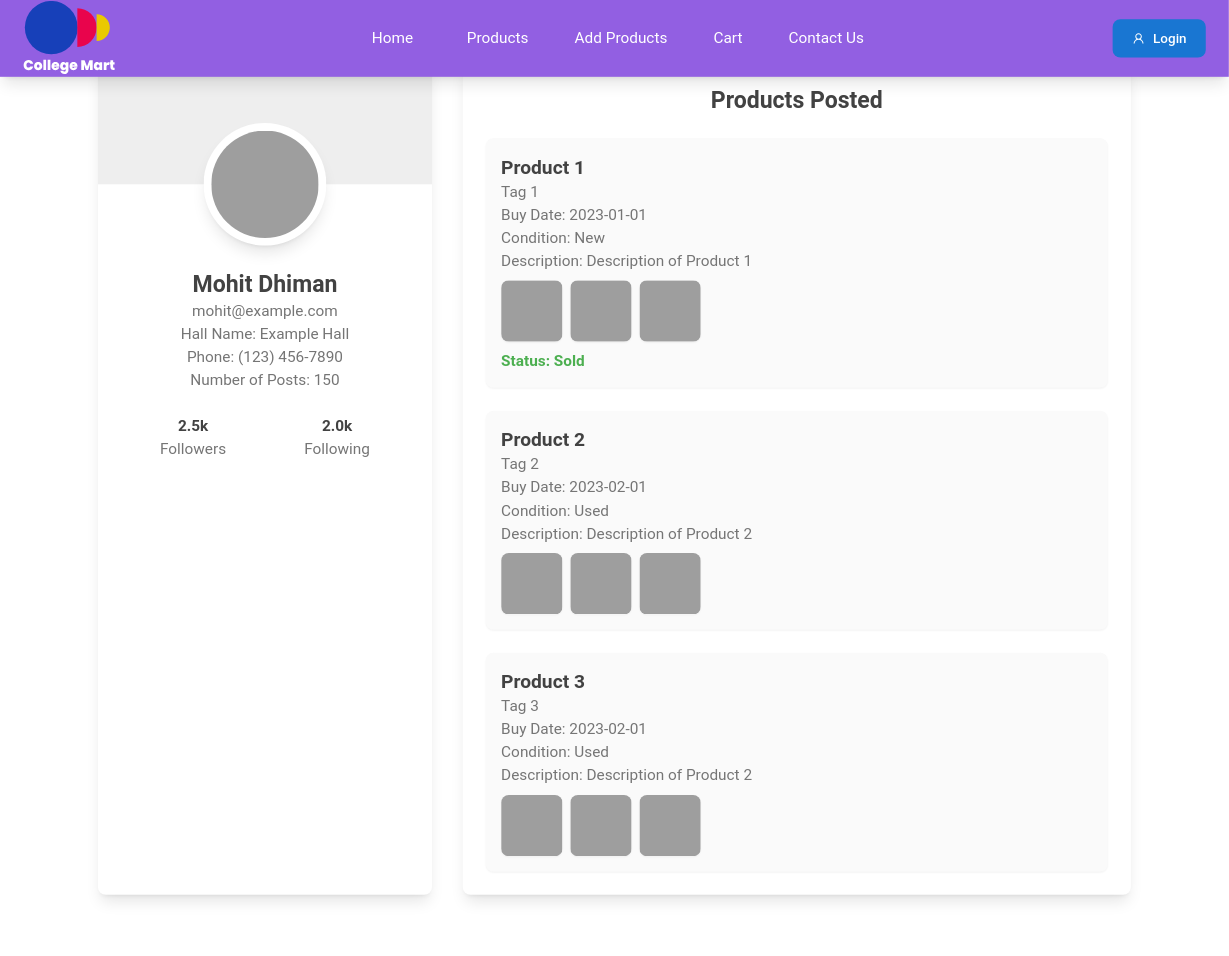
Repository: kumar1397/College-Mart
Page: /home/profile
An editor plug-in stored every save of this project. The page is shown before and after the next save, followed by the edit.
The browser window is 1280 px wide. The pictures show the whole page, at 96% of full size.
Pictures or frames that could not be fetched are drawn as grey boxes. Some web fonts or font styles are not loaded; a fallback is used. Some web libraries are served in a nearby version. The project was rebuilt for these pictures with package versions that can differ from the ones it lists, and the page was loaded fresh each time. Also part of the build but not shown: src/components/forgetPassword/forgetpassword.jsx, src/components/Auth.js, src/components/hero/Heronavbar.jsx, src/components/hero/footer.jsx, src/components/hero/Carousel.jsx, src/components/hero/Hero.jsx, src/components/new-home-page/header.jsx, src/components/new-home-page/footer_cont.jsx and 12 more.

Above is the page before, as saved 2024-07-15 15:35:24.

### public/index.html
<!DOCTYPE html>
<html lang="en">
  <head>
    <meta charset="utf-8" />
    <!-- <link rel="icon" href="%PUBLIC_URL%/favicon.ico" /> -->
    <meta name="viewport" content="width=device-width, initial-scale=1" />
    <meta name="theme-color" content="#000000" />

    <meta
      name="description"
      content="Web site created using create-react-app"
    />
    <link rel="preconnect" href="https://fonts.googleapis.com" />
    <link rel="preconnect" href="https://fonts.gstatic.com" crossorigin />
    <link
      href="https://fonts.googleapis.com/css2?family=Playwrite+GB+S:ital,wght@0,100..400;1,100..400&display=swap"
      rel="stylesheet"
    />
    <link rel="preconnect" href="https://fonts.googleapis.com" />
    <link rel="preconnect" href="https://fonts.gstatic.com" crossorigin />
    <link
      href="https://fonts.googleapis.com/css2?family=Archivo:ital,wght@0,100..900;1,100..900&family=Exo+2:ital,wght@0,600;1,600&display=swap"
      rel="stylesheet"
    />
    <link rel="preconnect" href="https://fonts.googleapis.com" />
    <link rel="preconnect" href="https://fonts.gstatic.com" crossorigin />
    <link
      href="https://fonts.googleapis.com/css2?family=Archivo:ital,wght@0,100..900;1,100..900&family=Exo+2:ital,wght@0,600;1,600&family=Montserrat+Alternates:ital,wght@0,100;0,200;0,300;0,400;0,500;0,600;0,700;0,800;0,900;1,100;1,200;1,300;1,400;1,500;1,600;1,700;1,800;1,900&display=swap"
      rel="stylesheet"
    />
    <link
      rel="stylesheet"
      type="text/css"
      charset="UTF-8"
      href="https://cdnjs.cloudflare.com/ajax/libs/slick-carousel/1.6.0/slick.min.css"
    />
    <link
      rel="stylesheet"
      type="text/css"
      href="https://cdnjs.cloudflare.com/ajax/libs/slick-carousel/1.6.0/slick-theme.min.css"
    />
    <!-- <link rel="apple-touch-icon" href="%PUBLIC_URL%/logo192.png" /> -->
    <!-- <link rel="manifest" href="%PUBLIC_URL%/manifest.json" /> -->
    <title>College Mart</title>
  </head>

  <body>
    <noscript>You need to enable JavaScript to run this app.</noscript>
    <div id="root"></div>
  </body>
</html>

### src/index.js
import React from 'react';
import ReactDOM from 'react-dom/client';
import './index.css';
import App from './App';
import reportWebVitals from './reportWebVitals';
// import { BrowserRouter } from 'react-router-dom';

import { ThemeProvider } from "@material-tailwind/react";

const root = ReactDOM.createRoot(document.getElementById('root'));
root.render(

    <React.StrictMode>
      <ThemeProvider>
      <App />
      </ThemeProvider>
    </React.StrictMode>

);

// If you want to start measuring performance in your app, pass a function
// to log results (for example: reportWebVitals(console.log))
// or send to an analytics endpoint. Learn more: https://bit.ly/CRA-vitals
reportWebVitals();

### src/index.css
@tailwind base;
@tailwind components;
@tailwind utilities;


.bgblackAuth {
  background: url('/public/Frame2.svg');
}

.bgcolorAuth {
  background: url('/public/colorbg.svg ')
}

.hnavbg {
  background: url('/public/hnavbg.svg');
  background-size: 100%;
}

.herohomebg {
  background: url('/public/homebg.svg') no-repeat;
  background-size: 100%;
}

@import url('https://fonts.googleapis.com/css2?family=Roboto:wght@400;500;700&display=swap');


.playwrite {
  font-family: "Playwrite GB S", cursive;
  font-optical-sizing: auto;
  font-weight: 400;
  font-style: normal;
}

.exo {
  font-family: "Exo 2", sans-serif;
  font-optical-sizing: auto;
  font-weight: 600;
  font-style: normal;
}

.mont {
  font-family: "Montserrat Alternates", sans-serif;
  font-weight: 300;
  font-style: normal;
}

### src/App.js
import Auth from "./components/Auth";
import Hero from "./components/hero/Hero";
import Home02 from "./components/new-home-page/parent";
import { AuthProvider } from "./contexts/AuthContext";
import ContactUs from "./components/contact-us/contact";
import { Route, Routes, BrowserRouter as Router } from "react-router-dom";
import ProductFormCard from "./components/product/newProduct";
import Profile from "./components/profile/profile";
import ResetPassword from "./components/forgetPassword/resetpassword";
import ForgotPassword from "./components/forgetPassword/forgetpassword";

function App() {
  return (
    <div>
      <Router>
        <AuthProvider>
          <Routes>
            <Route exact path="/" element={<Hero />} />
            <Route path="/auth" element={<Auth />} />
            <Route path="/home" element={<Home02 />} />
            <Route path="/home/profile" element={<Profile />} />
            <Route path="/home/form" element={<ProductFormCard />} />
            <Route path="/contactus" element={<ContactUs />} />
            <Route path="/forgot_password" element={<ForgotPassword/>} />
            <Route path="/reset/:token" element={< ResetPassword/>} />
          </Routes>
        </AuthProvider>
      </Router>
    </div>
  );
}

export default App;

### src/contexts/AuthContext.js
import React, { createContext, useState, useEffect } from "react";
import { useNavigate } from "react-router-dom";

const AuthContext = createContext();

export const AuthProvider = ({ children }) => {
  const [user, setUser] = useState(null);
  const navigate = useNavigate();

  useEffect(() => {
    const token = localStorage.getItem("token");
    const storedUser = JSON.parse(localStorage.getItem("user"));

    if (token && storedUser) {
      setUser(storedUser);
    } else {
      // navigate("");
    }
  }, [navigate]);

  const login = (userData, token) => {
    localStorage.setItem("token", token);
    localStorage.setItem("user", JSON.stringify(userData));
    setUser(userData);
    navigate("/home");
  };

  const logout = () => {
    localStorage.removeItem("token");
    localStorage.removeItem("user");
    setUser(null);
    navigate("/auth");
  };

  return (
    <AuthContext.Provider value={{ user, login, logout }}>
      {children}
    </AuthContext.Provider>
  );
};

export default AuthContext;

### src/components/profile/profile.jsx
import React from "react";
import ProductComponent  from "./UserProfile";
import { FontAwesomeIcon } from '@fortawesome/react-fontawesome';
import { faPhone, faEnvelope } from '@fortawesome/free-solid-svg-icons';
import Navbar from "../new-home-page/navbar";
const products = [
    {
        id: 1,
        name: "Product 1",
        tag: "Tag 1",
        buyDate: "2023-01-01",
        condition: "New",
        description: "Description of Product 1",
        images: ["/logo192.png", "/shoes01.webp","/ycle.webp"]
    },
    {
        id: 2,
        name: "Product 2",
        tag: "Tag 2",
        buyDate: "2023-02-01",
        condition: "Used",
        description: "Description of Product 2",
        images: ["/logo192.png", "/shoes01.webp","/ycle.webp"]
    },
    {
        id: 3,
        name: "Product 3",
        tag: "Tag 3",
        buyDate: "2023-02-01",
        condition: "Used",
        description: "Description of Product 2",
        images: ["/logo192.png", "/shoes01.webp","/ycle.webp"]
    }

];
export default function Profile() {
    return (
        <>
            <Navbar />
            <div className="bg-black-100 h-full min-h-screen flex flex-col items-center">
                <div className="container mx-auto my-16 px-8 lg:flex lg:space-x-8">
                    <div className="lg:w-1/3 bg-white rounded-lg shadow-lg overflow-hidden">
                        <div className="h-32 bg-gray-200"></div>
                        <div className="flex justify-center -mt-16">
                            <img className="h-32 w-32 bg-white p-2 rounded-full shadow-lg" src="https://images.unsplash.com/photo-1535713875002-d1d0cf377fde?ixid=MnwxMjA3fDB8MHxwaG90by1wYWdlfHx8fGVufDB8fHx8&ixlib=rb-1.2.1&auto=format&fit=crop&w=2000&q=80" alt="Profile" />
                        </div>
                        <div className="p-6 text-center">
                            <h2 className="text-2xl font-semibold text-gray-800">Mohit Dhiman</h2>
                            <p className="text-gray-600">mohit@example.com</p>
                            <p className="text-gray-600">Hall Name: Example Hall</p>
                            <p className="text-gray-600">Phone: (123) 456-7890</p>
                            <p className="text-gray-600">Number of Posts: 150</p>
                            <div className="mt-6 flex justify-around">
                                <div className="text-center">
                                    <p className="font-semibold text-gray-800">2.5k</p>
                                    <p className="text-gray-600">Followers</p>
                                </div>
                                <div className="text-center">
                                    <p className="font-semibold text-gray-800">2.0k</p>
                                    <p className="text-gray-600">Following</p>
                                </div>
                            </div>
                        </div>
                    </div>

                    <div className="lg:w-2/3 mt-8 lg:mt-0 bg-white rounded-lg shadow-lg overflow-hidden">
                        <div className="p-6">
                            <h2 className="text-2xl font-semibold text-gray-800 text-center">Products Posted</h2>
                            <div className="mt-6 space-y-6">
                                {products.map((product, index) => (
                                    <div key={product.id} className="p-4 bg-gray-50 rounded-lg shadow-sm">
                                        <h3 className="text-xl font-bold text-gray-800">{product.name}</h3>
                                        <p className="text-gray-600">{product.tag}</p>
                                        <p className="text-gray-600">Buy Date: {product.buyDate}</p>
                                        <p className="text-gray-600">Condition: {product.condition}</p>
                                        <p className="text-gray-600">Description: {product.description}</p>
                                        <div className="mt-2 flex space-x-2">
                                            {product.images.map((image, imgIndex) => (
                                                <img key={imgIndex} src={image} alt={`Product ${product.id}`} className="w-16 h-16 rounded-lg shadow-sm" />
                                            ))}
                                        </div>
                                        {index === 0 && <p className="mt-2 text-green-500 font-semibold">Status: Sold</p>}
                                    </div>
                                ))}
                            </div>
                        </div>
                    </div>
                </div>
            </div>
        </>


    )
}

### src/components/new-home-page/navbar.jsx
import React, { useState, useContext } from "react";
import { Link } from "react-router-dom";
import {
  AiOutlineClose,
  AiOutlineMenu,
  AiOutlineUser,
  AiOutlineLogout,
} from "react-icons/ai";
import AuthContext from "../../contexts/AuthContext";
import Logo from "./logo.svg"
const Navbar = () => {
  const { user, logout } = useContext(AuthContext);
  const [nav, setNav] = useState(false);
  const [isDropdownOpen, setIsDropdownOpen] = useState(false);

  const navItems = [
    { id: 1, text: "Home", path: "/" },
    { id: 2, text: "Products", path: "/products" },
    { id: 3, text: "Add Products", path: "/add-products" },
    { id: 4, text: "Cart", path: "/cart" },
    { id: 4, text: "Contact Us", path: "/contactus" },
  ];

  const handleNav = () => setNav(!nav);
  const toggleDropdown = () => setIsDropdownOpen(!isDropdownOpen);

  return (
    <div className="bg-[#925FE2] shadow-lg flex justify-between z-20 items-center h-20 w-full px-6 text-white fixed">
      <div className="flex items-center space-x-2">
        <div className=" w-24 max-w-24"><img src={Logo} alt="" /></div>
      </div>

      <ul className="hidden md:flex space-x-4">
        {navItems.map((item) => (
          <li
            key={item.id}
            className="p-4 hover:bg-white rounded-xl m-2 cursor-pointer duration-300 hover:text-black"
          >
            <Link to={item.path}>{item.text}</Link>
          </li>
        ))}
      </ul>

      <div className="block md:hidden" onClick={handleNav}>
        {nav ? <AiOutlineClose size={20} /> : <AiOutlineMenu size={20} />}
      </div>

      <ul
        className={`fixed top-0 left-0 w-[60%] h-full border-r border-r-gray-900 bg-[#000300] ease-in-out duration-500 ${
          nav ? "left-0" : "left-[-100%]"
        } md:hidden`}
      >
        <h1 className="w-full text-3xl font-bold text-[#00df9a] m-4">REACT.</h1>
        {navItems.map((item) => (
          <li
            key={item.id}
            className="p-4 border-b rounded-xl hover:bg-[#00df9a] duration-300 hover:text-black cursor-pointer border-gray-600"
          >
            <Link to={item.path}>{item.text}</Link>
          </li>
        ))}
      </ul>

      <div className="relative flex items-center space-x-4">
        {user ? (
          <>
            <button
              id="dropdownDefaultButton"
              onClick={toggleDropdown}
              className="flex items-center text-white bg-blue-700 hover:bg-blue-800 focus:ring-4 focus:outline-none focus:ring-blue-300 font-medium rounded-lg text-sm px-5 py-2.5 dark:bg-blue-600 dark:hover:bg-blue-700 dark:focus:ring-blue-800"
              type="button"
            >
              <AiOutlineUser className="w-6 h-6 mr-2" />
              <span>{user.name}</span>
              <svg
                className="w-2.5 h-2.5 ml-2"
                aria-hidden="true"
                xmlns="http://www.w3.org/2000/svg"
                fill="none"
                viewBox="0 0 10 6"
              >
                <path
                  stroke="currentColor"
                  strokeLinecap="round"
                  strokeLinejoin="round"
                  strokeWidth="2"
                  d="m1 1 4 4 4-4"
                />
              </svg>
            </button>
            {isDropdownOpen && (
              <div
                id="dropdown"
                className="absolute top-full mt-2 z-10 bg-white divide-y divide-gray-100 w-44 rounded-lg shadow dark:bg-gray-700"
              >
                <ul className="py-2 text-sm text-gray-700 dark:text-gray-200">
                  <li>
                    <Link
                      to="/home/profile"
                      className=" px-4 py-2 hover:bg-gray-100 dark:hover:bg-gray-600 dark:hover:text-white w-full text-left flex items-center"
                    >
                      <AiOutlineUser className="mr-2" />
                      Profile
                    </Link>
                  </li>
                  <li>
                    <button
                      className=" px-4 py-2 hover:bg-gray-100 dark:hover:bg-gray-600 dark:hover:text-white w-full text-left flex items-center"
                      onClick={logout}
                    >
                      <AiOutlineLogout className="mr-2" />
                      Logout
                    </button>
                  </li>
                </ul>
              </div>
            )}
          </>
        ) : (
          <Link
            to="/login"
            className="flex items-center px-5 py-2.5 bg-blue-700 hover:bg-blue-800 focus:ring-4 focus:outline-none focus:ring-blue-300 text-sm font-medium rounded-lg dark:bg-blue-600 dark:hover:bg-blue-700 dark:focus:ring-blue-800"
          >
            <AiOutlineUser className="mr-2" />
            Login
          </Link>
        )}
      </div>
    </div>
  );
};

export default Navbar;

### tailwind.config.js
/** @type {import('tailwindcss').Config} */

// const withMT = require("@material-tailwind/react/utils/withMT");

// const config={
//   content: [
//     "./src/**/*.{js,jsx,ts,tsx}",
//   ],
//   theme: {
//     extend: {},
//   },
//   plugins: [],
// }

// module.exports = withMT(config);

const withMT = require("@material-tailwind/react/utils/withMT");

module.exports = withMT({
  content: ["./src/**/*.{js,jsx,ts,tsx}"],
  theme: {
    extend: {
      keyframes: {
        gradient: {
          '0%': { backgroundPosition: '0% 50%' },
          '50%': { backgroundPosition: '100% 50%' },
          '100%': { backgroundPosition: '0% 50%' },
        },
      },
      animation: {
        'gradient-bg': 'gradient 15s ease infinite',
      },
      backgroundImage: {
        'gradient-radial': 'radial-gradient(circle, var(--tw-gradient-stops))',
        'gradient-linear': 'linear-gradient(270deg, #ff9a9e, #fad0c4, #fad0c4, #ff9a9e)',
      },
    },
  },
  plugins: [],
});

Loaded but not shown: src/reportWebVitals.js (common file)

After the next save:
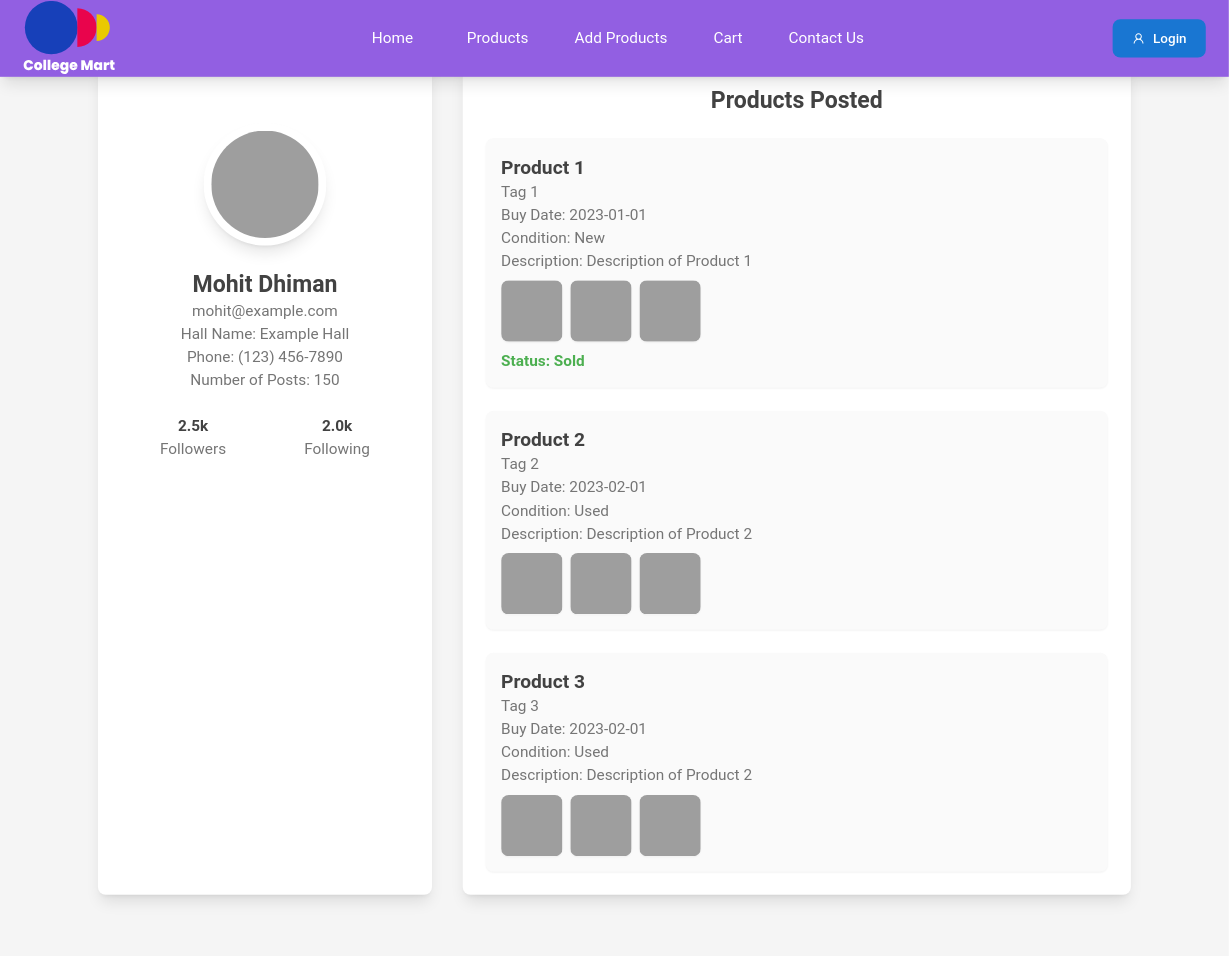
Saved 20 s later.
--- a/src/components/profile/profile.jsx
+++ b/src/components/profile/profile.jsx
@@ -37,10 +37,10 @@ export default function Profile() {
     return (
         <>
             <Navbar />
-            <div className="bg-black-100 h-full min-h-screen flex flex-col items-center">
+            <div className="bg-gray-100 h-full min-h-screen flex flex-col items-center">
                 <div className="container mx-auto my-16 px-8 lg:flex lg:space-x-8">
                     <div className="lg:w-1/3 bg-white rounded-lg shadow-lg overflow-hidden">
-                        <div className="h-32 bg-gray-200"></div>
+                        <div className="h-32 bg-black-200"></div>
                         <div className="flex justify-center -mt-16">
                             <img className="h-32 w-32 bg-white p-2 rounded-full shadow-lg" src="https://images.unsplash.com/photo-1535713875002-d1d0cf377fde?ixid=MnwxMjA3fDB8MHxwaG90by1wYWdlfHx8fGVufDB8fHx8&ixlib=rb-1.2.1&auto=format&fit=crop&w=2000&q=80" alt="Profile" />
                         </div>
